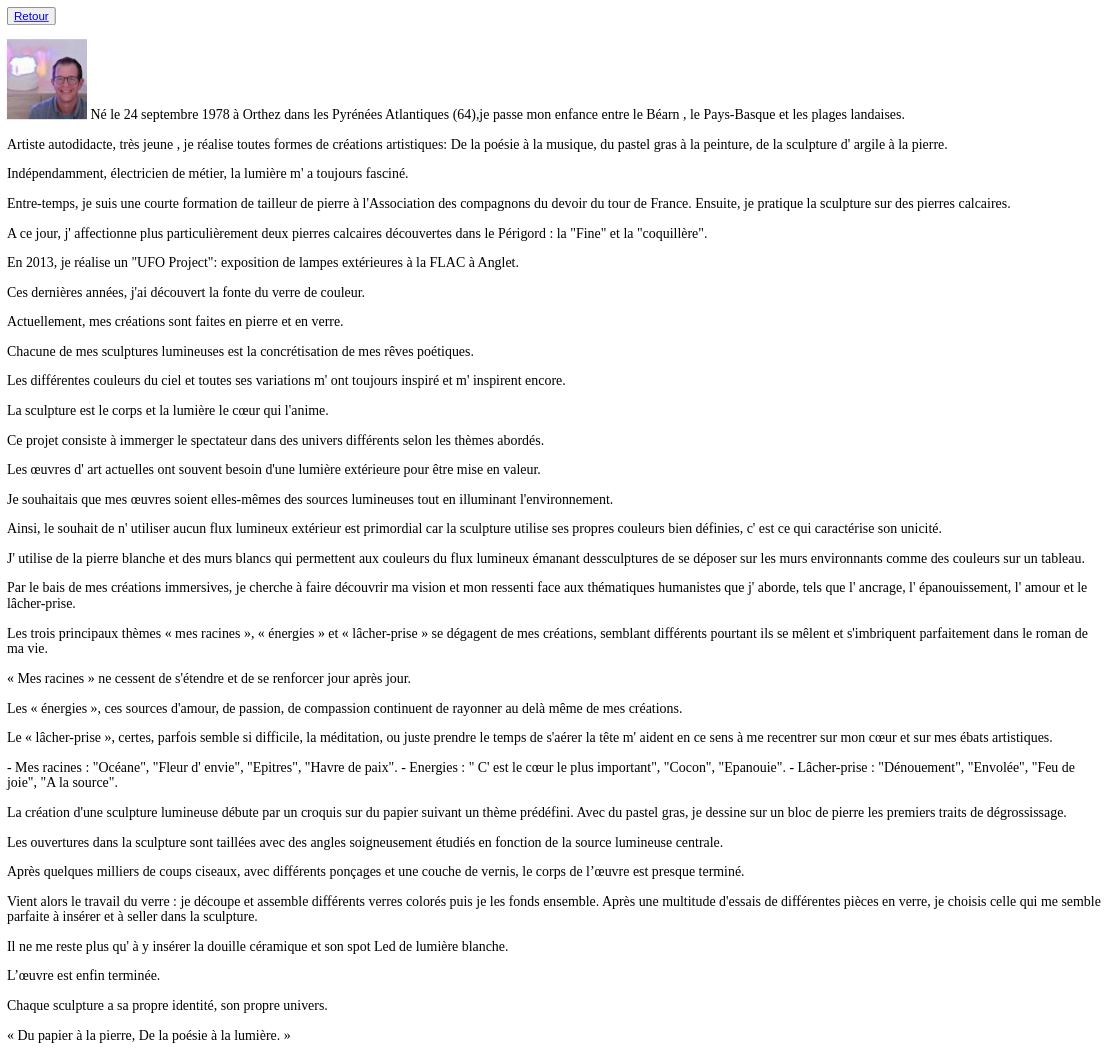
Repository: lysianebo/EricBidart
Page: presentation_more.html
These files come from the project's save history. The page is drawn as it stood at one moment and after the next save; the edit follows.
The browser window is 1280 px wide. The pictures show the whole page, at 87% of full size.

Above is the page before, as saved 2023-10-29 07:51:12.

### presentation_more.html
<!DOCTYPE html>
<html lang="en">
<head>
    <meta charset="UTF-8">
    <meta name="viewport" content="width=device-width, initial-scale=1.0">
    <title>Document</title>
    <link rel="stylesheet" href="public/css/style.css">
</head>
<body>
    <button class="back-button"><a href="presentation.html">Retour</a></button>
    <div class="hidden" id="presentation-content">
        <p class="text"><img src="public/images/happy_moi.jpeg" alt=""> Né le 24 septembre 1978 à Orthez dans les Pyrénées Atlantiques (64),je passe mon enfance entre le Béarn , le Pays-Basque et les plages landaises.</p>
        <p> Artiste autodidacte, très jeune , je réalise toutes formes de créations artistiques: De la poésie à la musique, du pastel gras à la peinture, de la sculpture d' argile à la pierre.</p>
        <p> Indépendamment, électricien de métier, la lumière m' a toujours fasciné.</p>
        <p> Entre-temps, je suis une courte formation de tailleur de pierre à l'Association des compagnons du devoir du
            tour de France. Ensuite, je pratique la sculpture sur des pierres calcaires.</p>
        <p> A ce jour, j' affectionne plus particulièrement deux pierres calcaires découvertes dans le Périgord : la
            "Fine" et la "coquillère".</p>
        <p> En 2013, je réalise un "UFO Project": exposition de lampes extérieures à la FLAC à Anglet.</p>
        <p> Ces dernières années, j'ai découvert la fonte du verre de couleur.</p>
        <p> Actuellement, mes créations sont faites en pierre et en verre.</p>
        <p>Chacune de mes sculptures lumineuses est la concrétisation de mes rêves poétiques.</p>
    </div>
    <div class="hidden" id="demarche-content">
        <p>Les différentes couleurs du ciel et toutes ses variations m' ont toujours inspiré et m' inspirent encore.
            <p>La sculpture est le corps et la lumière le cœur qui l'anime.</p>
            Ce projet consiste à immerger le spectateur dans des univers différents selon les thèmes abordés.
            <p>Les œuvres d' art actuelles ont souvent besoin d'une lumière extérieure pour être mise en valeur.</p>
            <p>Je souhaitais que mes œuvres soient elles-mêmes des sources lumineuses tout en illuminant l'environnement.</p>
            <p>Ainsi, le souhait de n' utiliser aucun flux lumineux extérieur est primordial car la sculpture utilise ses propres couleurs bien définies, c' est ce qui caractérise son unicité.</p>
            <p>J' utilise de la pierre blanche et des murs blancs qui permettent aux couleurs du flux lumineux émanant dessculptures de se déposer sur les murs environnants comme des couleurs sur un tableau.</p>
            <p>Par le bais de mes créations immersives, je cherche à faire découvrir ma vision et mon ressenti face aux thématiques humanistes que j' aborde, tels que l' ancrage, l' épanouissement, l' amour et le lâcher-prise.</p>



            <p>
                Les trois principaux thèmes « mes racines », « énergies » et « lâcher-prise » se dégagent de mes créations,
                semblant différents pourtant ils se mêlent et s'imbriquent parfaitement dans le roman de ma vie.
            </p>

            <p>« Mes racines » ne cessent de s'étendre et de se renforcer jour après jour.</p>

            Les « énergies », ces sources d'amour, de passion, de compassion continuent de rayonner au delà même de mes
            créations.

            <p>
                Le « lâcher-prise », certes, parfois semble si difficile, la méditation, ou juste prendre le temps de s'aérer la
                tête m' aident en ce sens à me recentrer sur mon cœur et sur mes ébats artistiques.
            </p>

            - Mes racines : "Océane", "Fleur d' envie", "Epitres", "Havre de paix".

            - Energies : " C' est le cœur le plus important", "Cocon", "Epanouie".

            - Lâcher-prise : "Dénouement", "Envolée", "Feu de joie", "A la source".

        </p>
    </div>
    <div class="hidden"
        id="technique-content">
        <p>La création d'une sculpture lumineuse débute par un croquis sur du papier suivant un thème prédéfini. Avec du
            pastel gras, je dessine sur un bloc de pierre les premiers traits de dégrossissage. </p>
        <p>Les ouvertures dans la sculpture sont taillées avec des angles soigneusement étudiés en fonction de la source
            lumineuse centrale.</p>
        <p>Après quelques milliers de coups ciseaux, avec différents ponçages et une couche de vernis,
            le corps de l’œuvre est presque terminé.</p>
        <p> Vient alors le travail du verre : je découpe et assemble différents verres colorés puis je les fonds ensemble.
            Après une multitude d'essais de différentes pièces en verre, je choisis celle qui me semble parfaite à insérer
            et à seller dans la sculpture.</p>
        <p>Il ne me reste plus qu' à y insérer la douille céramique et son spot Led de lumière blanche.</p>
        </p>
        <p> L’œuvre est enfin terminée.</p>


        <p> Chaque sculpture a sa propre identité, son propre univers.</p>

        <p> « Du papier à la pierre, De la poésie à la lumière. »</p>
    </div>

    </div>
</body>
</html>

### public/css/style.css
/* @import url("https://fonts.googleapis.com/css2?family=Belanosima:wght@400;700&family=Noto+Sans&family=Outfit&family=Rubik:wght@400;500;700&display=swap"); */
/*# sourceMappingURL=style.css.map */

After the next save:
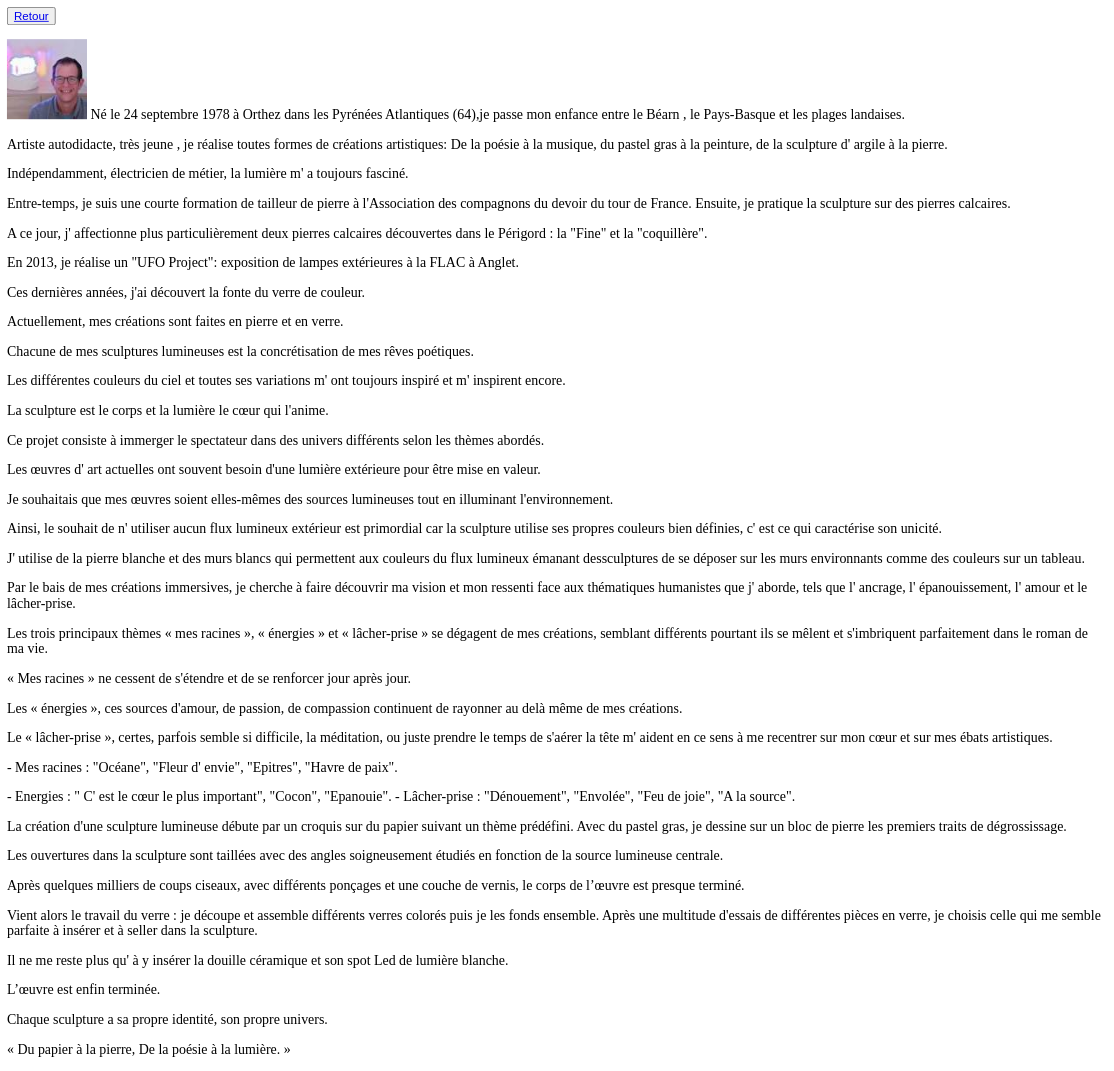
Saved 48 s later.
--- a/presentation_more.html
+++ b/presentation_more.html
@@ -48,7 +48,7 @@
                 tête m' aident en ce sens à me recentrer sur mon cœur et sur mes ébats artistiques.
             </p>
 
-            - Mes racines : "Océane", "Fleur d' envie", "Epitres", "Havre de paix".
+            <p>- Mes racines : "Océane", "Fleur d' envie", "Epitres", "Havre de paix".</p>
 
             - Energies : " C' est le cœur le plus important", "Cocon", "Epanouie".
 
